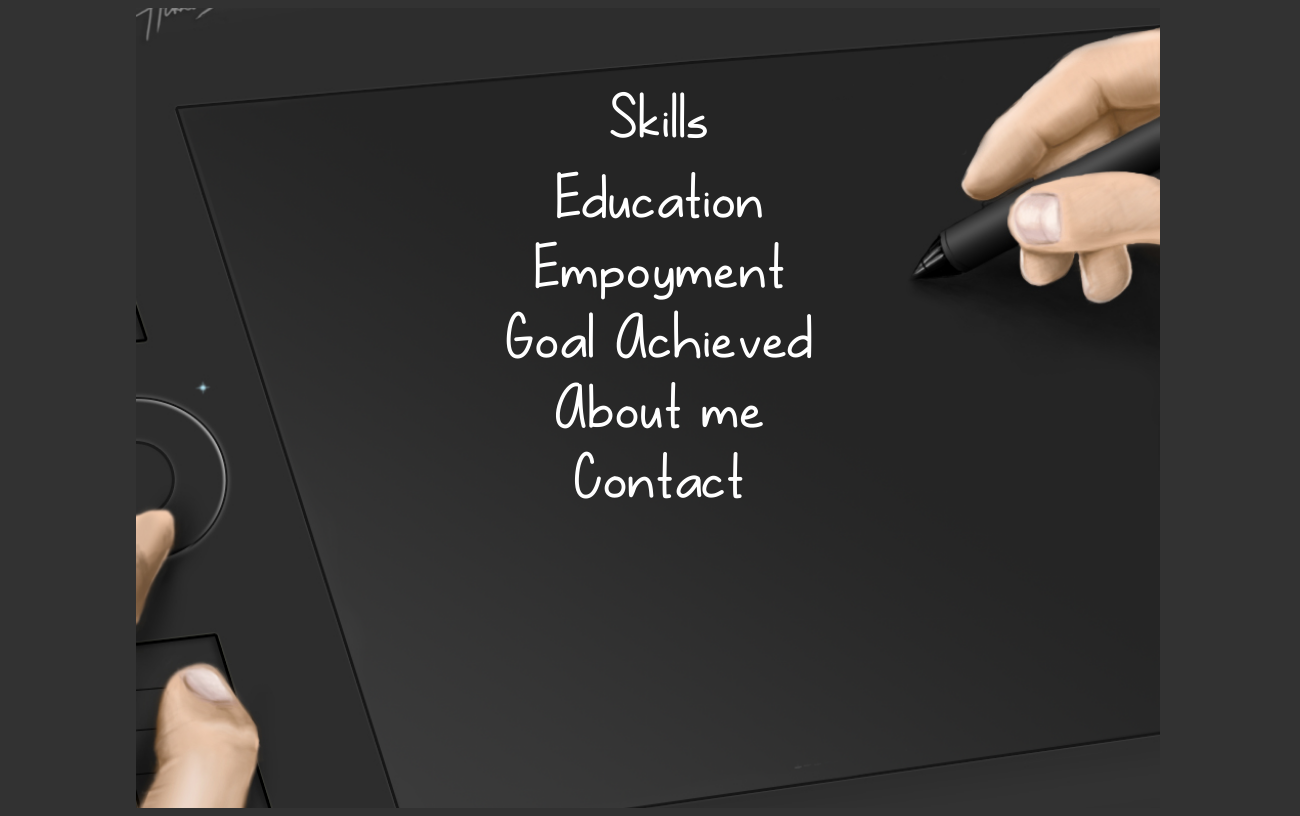
Repository: nikichanko/cv
Page: index.html
The author's editor kept a copy of each file at every save. The page is drawn from the files as they stood at one save, then again after the next save.
The browser window is 1280 px wide. The page is 1300 px wide, so the pictures cover 1300 px, including what lies to the right of the window. The pictures show the whole page.

Above is the page before, as saved 2018-08-08 23:28:29.

### index.html
<!DOCTYPE html>
<html>
  <head>
    <link rel="stylesheet" type="text/css" href="css/styles.css">
    <script src="https://ajax.googleapis.com/ajax/libs/jquery/3.3.1/jquery.min.js"></script>
    <title>Nikolay Nikolov - CV</title>
  </head>
  <body>
    <div class="wrapper">
      <div class="menu">
        <div class="item">
          Skills
        </div>
        <div class="content skills">
          <i class="close"></i>
          <ul>
            <li>Program Languages:</li>
            <ol>ECMAScript 6, JAVA, Swift 4, Objective C</ol>
            <ol>HTML, CSS (LESS and SASS), PHP</ol>

          <li>FrameWorks and Libraries:</li>
          <ol>React Native, JQuery, Ajax, Smarty Template Engine</ol>
          <li>Program and Web Tools:</li>
            <ol>Android Studio, Xcode 9, Note (npm), Apple Connect and Google Console</ol>
              <ol>Photoshop, Illustrator, Sketch</ol>
          <li>Strong Knwoloage in: RESTful API, Responsive and Mobile Design, UX nad UI Design
          <li>Best Practices in: OOP, Test Driven Development, Cross platfrom developing
          <li>Experienace: Publishing and then dealing with reject of apps in both stores
          <li>Other Abiliteies: Digital Drawing with Graphic Tablet
          </ul>
        </div>
        <div class="item">
          Education
        </div>
        <div class="item">
          Empoyment
        </div>
        <div class="item">
          Goal Achieved
        </div>
        <div class="item">
          About me
        </div>
        <div class="item">
          Contact
        </div>
        <div class="content">
            <i class="close"></i>
            Fill free to leave me a message...
            <script type="text/javascript" src="https://form.jotformeu.com/jsform/82187298762370"></script>
        </div>
      </div>
    </div>
    <script src="js/common.js"></script>
  </body>
</html>

### css/styles.css
@font-face {
  font-family: 'Just Gotta Smile';
  src: url('./fonts/JustGottaSmile.woff2') format('woff2'),
      url('./fonts/JustGottaSmile.woff') format('woff'),
      url('./fonts/JustGottaSmile.ttf') format('truetype');
  font-weight: 500;
  font-style: normal;
}

@font-face {
  font-family: 'Josefin Slab';
  src: url('./fonts/JosefinSlab.woff2') format('woff2'),
      url('./fonts/JosefinSlab.woff') format('woff'),
      url('./fonts/JosefinSlab.ttf') format('truetype');
  font-weight: normal;
  font-style: normal;
}

body {
  background-color: #323232;
  width: 100%;
  font-family: 'Just Gotta Smile';
  color: #fff;
}

.menu {
  left: 20px;
  line-height: 70px;
  margin: 0 auto;
  position: absolute;
  text-align: center;
  width: 100%;
  height: 400px;
  font-size: 64px;
  top: 80px;
}

.item {
  cursor: pointer;
  position: relative;
  left: 50%;
  opacity: 1;
  transform: translateX(-50%) ;
  -ms-transform: translateX(-50%) ; /* IE 9 */
  -webkit-transform: translateX(-50%); /* Safari 3-8 */
  transition: opacity 0.5s ease-in-out;
}

.item.closed {
  opacity: 0;
  height: 0;
  visibility: hidden;
}

.content {
  font-family: 'Josefin Slab';
  padding-top: 10px;
  left: 50px;
  max-width: 600px;
  text-align: left;
  top: 50px;
  width: 60%;
  margin: 0 auto;
  line-height: 40px;
  height: 0;
  opacity: 0;
  font-size: 20px;
  transition: opacity 0.5s ease-in-out;
  position: relative;
  visibility: hidden;
}

.content.open {
  height: auto;
  opacity: 1;
  transition: opacity 0.5s ease-in-out;
  visibility: visible;
}
.content.skills {
  line-height: 30px;
}
.content.skills li {
  font-weight: bold;
  font-size: 20px;
  padding:5px 0;
}
.content.skills ol {
  font-size: 16px;
}

.item:hover {
  color: #a4cbe6;
}

.wrapper {
  width: 80%;
  max-width: 1300px;
  height: 800px;
  margin: 0 auto;
  background-image: url(../img/cv_bg.png);
  background-repeat: no-repeat;
  background-position: right center;
  background-size: cover;
}

.close {
  position: absolute;
  top: -29px;
  left: -7px;
  width: 32px;
  height: 32px;
  opacity: 0.3;
}
.close:hover {
  opacity: 1;
}
.close:before, .close:after {
  position: absolute;
  left: 15px;
  content: ' ';
  height: 25px;
  width: 2px;
  background-color: #fff;
}
.close:before {
  transform: rotate(45deg);
}
.close:after {
  transform: rotate(-45deg);
}

### js/common.js
$(".item").on('click', function() {
  var _t = this;
  setTimeout(function(){
    $(_t).next('.content').addClass('open');
  },100);
  $('.item').each(function(i, v) {
    if (!$(_t).is(v)) {
      $(v).addClass('closed');
      $(v).next('.content').removeClass('open');
    }
    else {
      $(v).removeClass('closed');
    }
  });
});

$('.close').on('click', function(){
  $('.item').each(function(i, v) {
    setTimeout(function(){
      $(v).removeClass('closed');
    },100);
    $(v).next('.content').removeClass('open');
  });
})

After the next save:
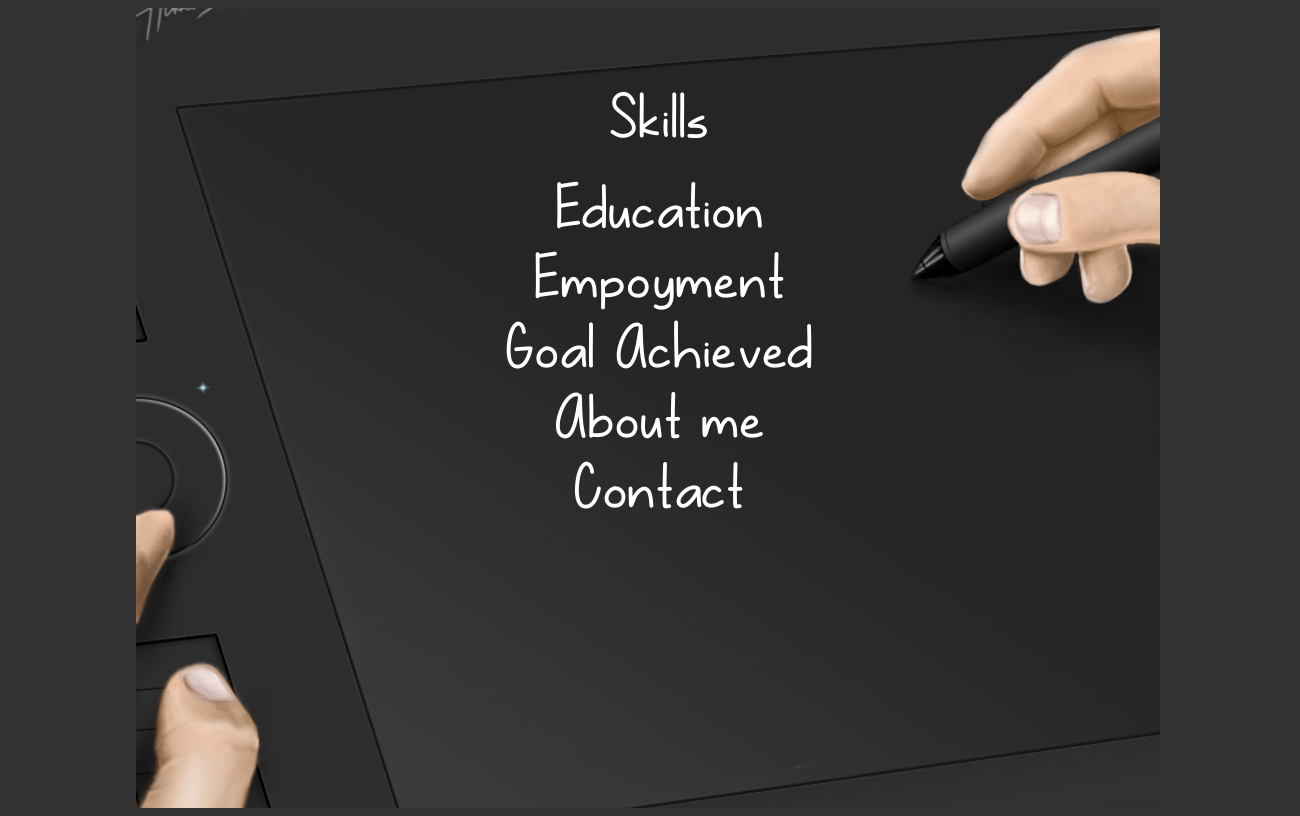
Saved 4 s later.
--- a/css/styles.css
+++ b/css/styles.css
@@ -54,7 +54,6 @@ body {
 
 .content {
   font-family: 'Josefin Slab';
-  padding-top: 10px;
   left: 50px;
   max-width: 600px;
   text-align: left;
